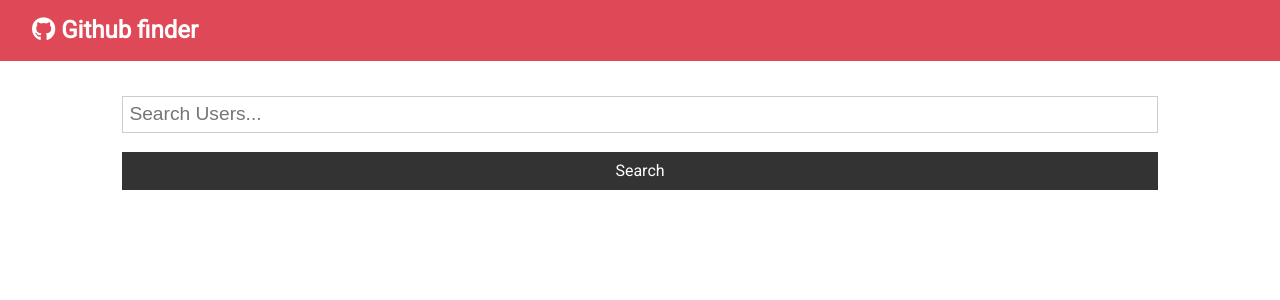
Repository: Redshreds/githubfinder
Page: /
An editor plug-in stored every save of this project. The page is shown before and after the next save, followed by the edit.
The browser window is 1280 px wide. The pictures show the whole page.
Some web libraries are served in a nearby version. The project was rebuilt for these pictures with package versions that can differ from the ones it lists, and the page was loaded fresh each time. Also part of the build but not shown: src/components/users/UserItem.js, src/components/layout/Spinner.js, src/components/layout/Alert.js, src/components/pages/About.js.

Above is the page before, as saved 2023-02-26 22:46:55.

After the next save:
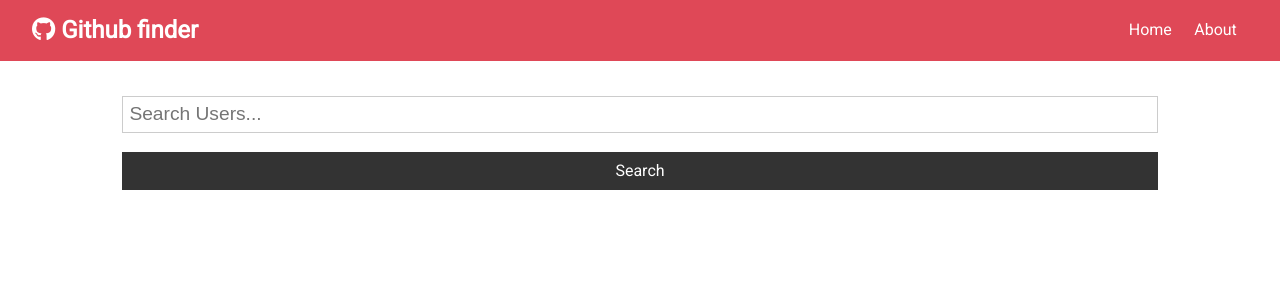
Saved 2 days later.
--- a/src/components/layout/Navbar.js
+++ b/src/components/layout/Navbar.js
@@ -8,6 +8,14 @@
         <h1>
           <i className={icon} /> {title}
         </h1>
+        <ul>
+          <li>
+            <a href="/">Home</a>
+          </li>
+          <li>
+            <a href="/about">About</a>
+          </li>
+        </ul>
       </nav>
     );
 };
